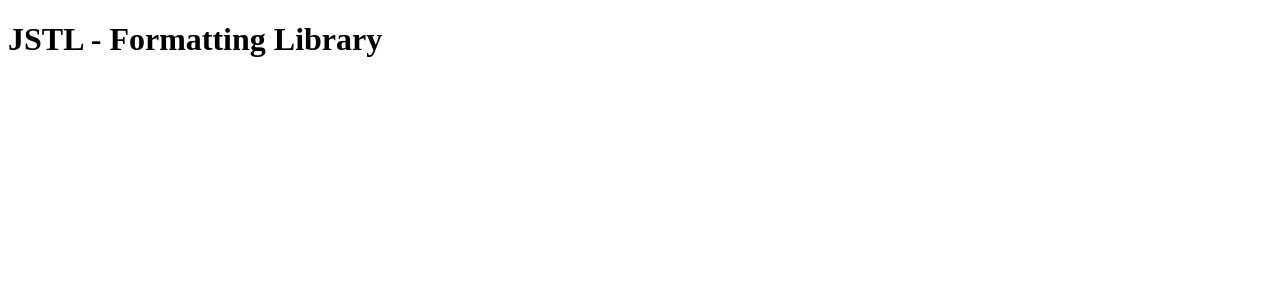
Repository: hailey-516/servlet
Page: http://localhost/3_elAction/views/3_Custom_Action/02_fmt.jsp
An editor plug-in stored every save of this project. The page is shown before and after the next save, followed by the edit.
The browser window is 1280 px wide. The pictures show the whole page.
The page is served by Tomcat 9.

Above is the page before, as saved 2024-08-28 01:17:43.

After the next save:
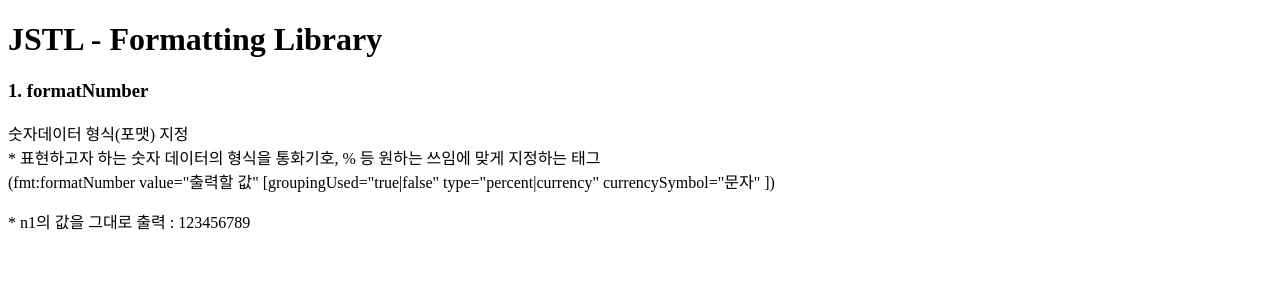
Saved 11 min 40 s later.
--- a/3_elAction/src/main/webapp/views/3_Custom_Action/02_fmt.jsp
+++ b/3_elAction/src/main/webapp/views/3_Custom_Action/02_fmt.jsp
@@ -1,5 +1,7 @@
 <%@ page language="java" contentType="text/html; charset=UTF-8"
     pageEncoding="UTF-8"%>
+<%@ taglib prefix="c" uri="http://java.sun.com/jsp/jstl/core" %>
+<%@ taglib prefix="fmt" uri="http://java.sun.com/jsp/jstl/fmt" %>
 <!DOCTYPE html>
 <html>
 <head>
@@ -8,5 +10,23 @@
 </head>
 <body>
 	<h1>JSTL - Formatting Library</h1>
+
+	<h3>1. formatNumber</h3>
+	<p>
+		숫자데이터 형식(포맷) 지정 <br>
+		* 표현하고자 하는 숫자 데이터의 형식을 통화기호, % 등 원하는 쓰임에 맞게 지정하는 태그 <br>
+
+		(fmt:formatNumber value="출력할 값" [groupingUsed="true|false"
+											type="percent|currency"
+											currencySymbol="문자"
+										])
+	</p>
+
+	<%-- n1, n2, n3 변수에 각각 123456789, 0.77, 50000이라는 값을 저장 --%>
+	<c:set var="n1" value="123456789" />
+	<c:set var="n2" value="0.77" />
+	<c:set var="n3" value="50000" />
+
+	* n1의 값을 그대로 출력 : <c:out value="${ n1 }" />
 </body>
 </html>
